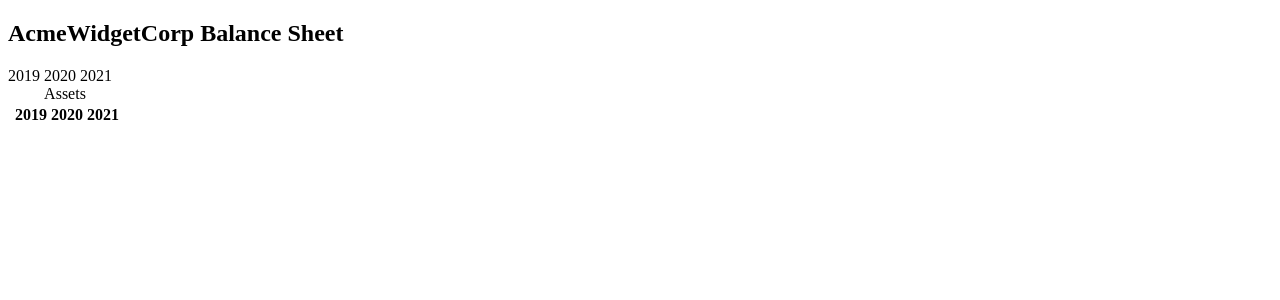
Repository: Lungdjos/balance_shee
Page: index.html
An editor plug-in stored every save of this project. The page is shown before and after the next save, followed by the edit.
The browser window is 1280 px wide. The pictures show the whole page.

Above is the page before, as saved 2023-10-30 16:47:26.

After the next save:
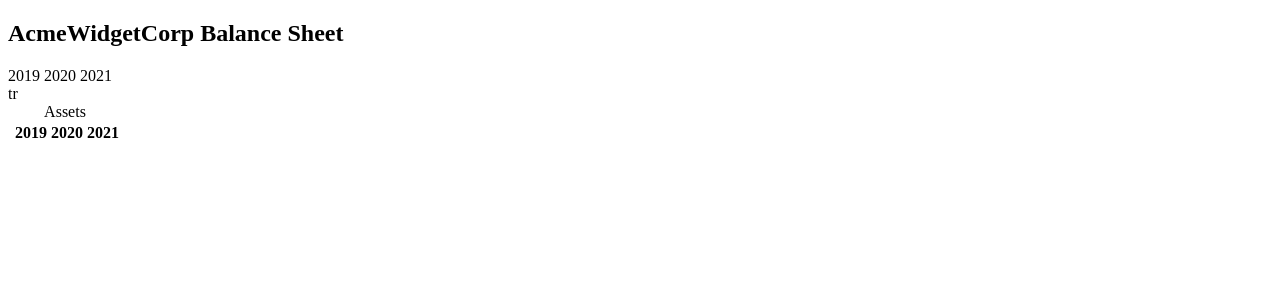
Saved 62 s later.
--- a/index.html
+++ b/index.html
@@ -33,7 +33,10 @@
                             <th class="current"><span class="current">2021</span></th>
                         </tr>
                     </thead>
-                    <tbody></tbody>
+                    <tbody>
+                        tr
+
+                    </tbody>
                 </table>
                 <table></table>
                 <table></table>

After the 2 saves that followed:
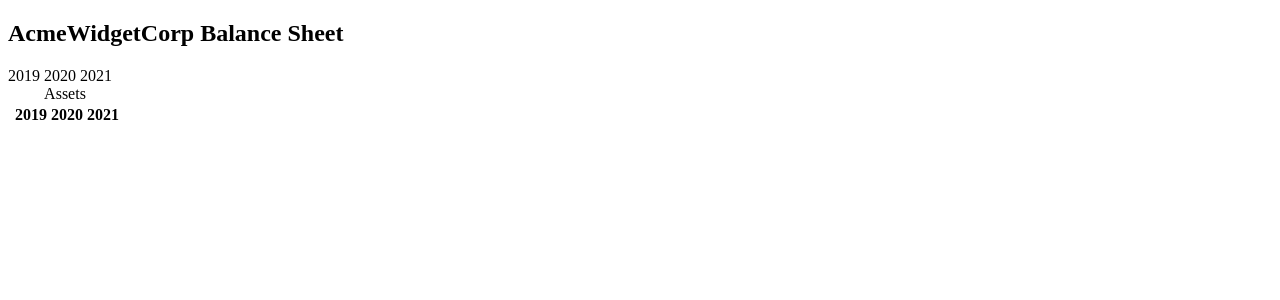
The 2 saves are shown as one change because they came seconds apart.
The last was saved 16 s later.
--- a/index.html
+++ b/index.html
@@ -34,8 +34,9 @@
                         </tr>
                     </thead>
                     <tbody>
-                        tr
-
+                        <tr class="data"></tr>
+                        <tr class="data"></tr>
+                        <tr class="data"></tr>
                     </tbody>
                 </table>
                 <table></table>
